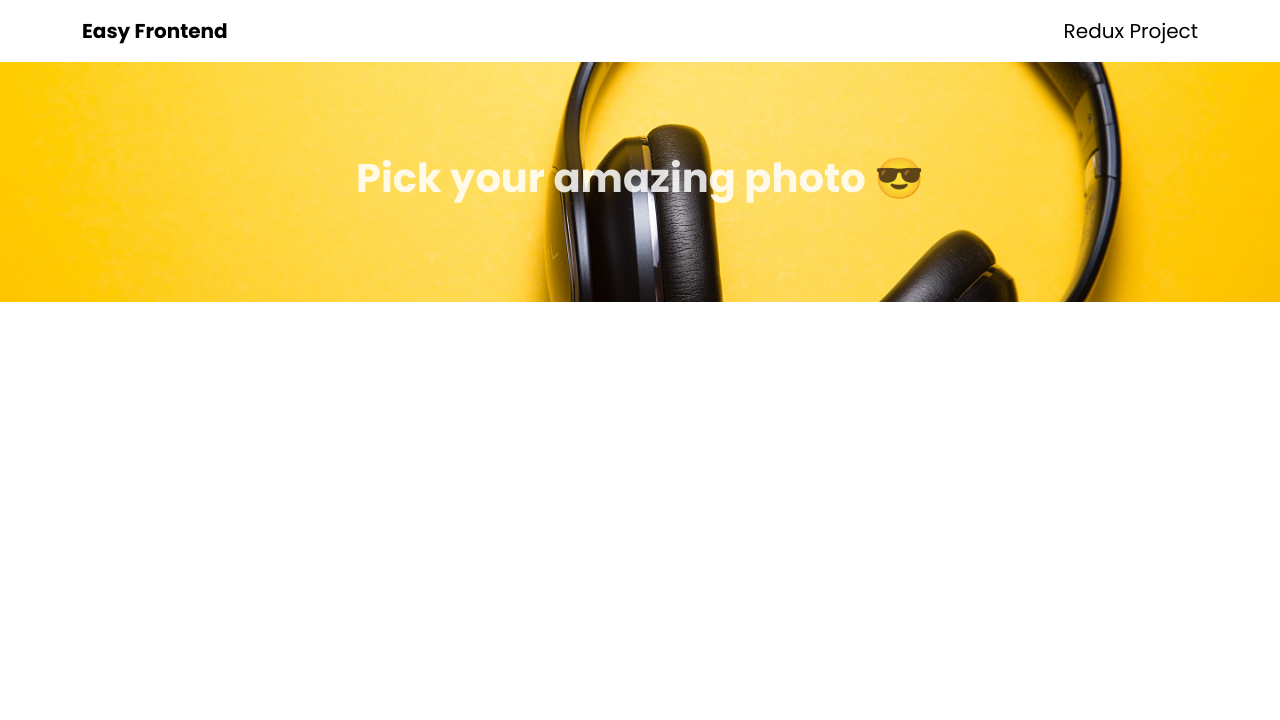
Repository: duckhai80/Redux-photo-app
Page: /photos/add
These files come from the project's save history. The page is drawn as it stood at one moment and after the next save; the edit follows.
The browser window is 1280 px wide. The pictures show the whole page.
The project was rebuilt for these pictures with package versions that can differ from the ones it lists, and the page was loaded fresh each time. Also part of the build but not shown: src/App.css, src/components/NotFound/index.jsx.

Above is the page before, as saved 2021-10-29 13:34:19.

### public/index.html
<!DOCTYPE html>
<html lang="en">
  <head>
    <meta charset="utf-8" />
    <link rel="icon" href="%PUBLIC_URL%/favicon.ico" />
    <meta name="viewport" content="width=device-width, initial-scale=1" />
    <meta name="theme-color" content="#000000" />
    <meta
      name="description"
      content="Web site created using create-react-app"
    />
    <link rel="apple-touch-icon" href="%PUBLIC_URL%/logo192.png" />

    <link rel="manifest" href="%PUBLIC_URL%/manifest.json" />

    <title>React App</title>
    <link
      href="https://fonts.googleapis.com/css2?family=Poppins:ital,wght@0,400;0,700;1,400;1,700&display=swap"
      rel="stylesheet"
    />
  </head>
  <body>
    <noscript>You need to enable JavaScript to run this app.</noscript>
    <div id="root"></div>
  </body>
</html>

### src/index.js
import "bootstrap/dist/css/bootstrap.css";
import React from "react";
import ReactDOM from "react-dom";
import App from "./App";
import "./index.css";
import reportWebVitals from "./reportWebVitals";

ReactDOM.render(
  <React.StrictMode>
    <App />
  </React.StrictMode>,
  document.getElementById("root")
);

reportWebVitals();

### src/App.js
import logo from "./logo.svg";
import "./App.css";

import React, { Suspense } from "react";
import { BrowserRouter, Route, Switch, Redirect, Link } from "react-router-dom";
import Header from "./components/Header";
import NotFound from "./components/NotFound";

const Photo = React.lazy(() => import("./features/Photo/pages/Main"));
const AddEdit = React.lazy(() => import("./features/Photo/pages/AddEdit"));

function App() {
  return (
    <div className="photo-app">
      <Suspense fallback={<div>Loading ...</div>}>
        <BrowserRouter>
          <Header></Header>

          <Switch>
            <Redirect exact from="/" to="/photos" />

            <Route exact path="/photos" component={Photo} />
            <Route exact path="/photos/add" component={AddEdit} />
            <Route component={NotFound} />
          </Switch>

          {/* <ul>
            <li>
              <Link to="/photos">Go to photo page</Link>
            </li>
            <li>
              <Link to="/photos/add">Go to Add new photo page</Link>
            </li>
            <li>
              <Link to="/photos/123">Go to Edit photo page</Link>
            </li>
          </ul>
          <Header />
          <Switch>
            <Redirect exact from="/" to="/photos" />
          </Switch> */}
        </BrowserRouter>
      </Suspense>
    </div>
  );
}

export default App;

### src/index.css
body {
  margin: 0;
  font-family: "Poppins", -apple-system, BlinkMacSystemFont, "Segoe UI",
    "Roboto", "Oxygen", "Ubuntu", "Cantarell", "Fira Sans", "Droid Sans",
    "Helvetica Neue", sans-serif;
  -webkit-font-smoothing: antialiased;
  -moz-osx-font-smoothing: grayscale;
}

code {
  font-family: source-code-pro, Menlo, Monaco, Consolas, "Courier New",
    monospace;
}

### src/components/Header/index.jsx
import React from "react";
import { NavLink } from "react-router-dom";
import { Col, Container, Row } from "reactstrap";
import "./Header.scss";

Header.propTypes = {};

function Header() {
  return (
    <div>
      <header className="header">
        <Container>
          <Row className="justify-content-between">
            <Col xs="auto">
              <a
                className="header__link header__title"
                href="https://youtube.com/easyfrontend"
                target="_blank"
                rel="noopener noreferrer"
              >
                Easy Frontend
              </a>
            </Col>

            <Col xs="auto">
              <NavLink
                exact
                className="header__link"
                to="/photos"
                activeClassName="header__link--active"
              >
                Redux Project
              </NavLink>
            </Col>
          </Row>
        </Container>
      </header>
    </div>
  );
}

export default Header;

### src/features/Photo/pages/AddEdit/index.jsx
import Banner from "components/Banner";
import NotFound from "components/NotFound";
import PhotoForm from "features/Photo/components/PhotoForm";
import React from "react";
import { Redirect, Route, Switch } from "react-router";
import "./styles.scss";

AddEditPage.propTypes = {};

function AddEditPage(props) {
  return (
    <div className="photo-edit">
      <Banner title="Pick your amazing photo 😎" />

      <div className="photo-edit__form">
        <PhotoForm
          onSubmit={(values) => console.log("Form submit: ", values)}
        />
      </div>
    </div>
  );
}

export default AddEditPage;

### src/components/Header/Header.scss
.header {
  padding: 1rem 0;
  font-size: 1.25rem;

  &__title {
    font-weight: bold;
  }

  &__link {
    color: #000;
    text-decoration: none;
    transition: all 0.25s ease-in-out 0s;

    &--active,
    &:hover {
      text-decoration: none;
      // color: var(--primary);
      color: rgb(56, 144, 216);
    }
  }
}

### src/components/Banner/index.jsx
import PropTypes from "prop-types";
import React from "react";
import "./Banner.scss";

Banner.propTypes = {
  title: PropTypes.string,
  backgroundUrl: PropTypes.string,
};

Banner.defaultProps = {
  title: "",
  backgroundUrl: "",
};

function Banner(props) {
  const { title, backgroundUrl } = props;

  const bannerStyle = backgroundUrl
    ? { backgroundImage: `url(${backgroundUrl})` }
    : {};

  return (
    <section className="banner" style={bannerStyle}>
      <h1 className="banner__title">{title}</h1>
    </section>
  );
}

export default Banner;

### src/constants/images.js
import blueBackground from "../assets/images/blue-bg.jpg";
import colorfulBackground from "../assets/images/colorful-bg.jpg";
import orangeBackground from "../assets/images/orange-bg.jpg";
import pinkBackground from "../assets/images/pink-bg.jpg";

const Images = {
  ORANGE_BG: orangeBackground,
  BLUE_BG: blueBackground,
  COLORFUL_BG: colorfulBackground,
  PINK_BG: pinkBackground,
};

export default Images;

### src/features/Photo/components/PhotoForm/index.jsx
import { PHOTO_CATEGORY_OPTIONS } from "constants/global";
import Images from "constants/images";
import { Formik } from "formik";
import PropTypes from "prop-types";
import React from "react";
import Select from "react-select";
import { Button, Form, FormGroup, Input, Label } from "reactstrap";

PhotoForm.propTypes = {
  onSubmit: PropTypes.func,
};

PhotoForm.defaultProps = {
  onSubmit: null,
};

function PhotoForm(props) {
  return <Formik>{(formikProps) => {}}</Formik>;
}

export default PhotoForm;

{
  /* <Form>
  <FormGroup>
    <Label for="titleId">Title</Label>
    <Input name="title" id="titleId" placeholder="Eg: Wow nature ..." />
  </FormGroup>

  <FormGroup>
    <Label for="categoryId">Category</Label>
    <Select
      id="categoryId"
      name="categoryId"
      placeholder="What's your photo category?"
      options={PHOTO_CATEGORY_OPTIONS}
    />
  </FormGroup>

  <FormGroup>
    <Label for="categoryId">Photo</Label>

    <div>
      <Button type="button" outline color="primary">
        Random a photo
      </Button>
    </div>
    <div>
      <img
        width="200px"
        height="200px"
        src={Images.COLORFUL_BG}
        alt="colorful background"
      />
    </div>
  </FormGroup>

  <FormGroup>
    <Button color="primary">Add to album</Button>
  </FormGroup>
</Form>; */
}

### src/features/Photo/pages/AddEdit/styles.scss
.photo-edit {
  &__form {
    margin: 2rem auto 1rem auto;
    max-width: 25rem;
  }
}

### src/components/Banner/Banner.scss
.banner {
  display: flex;
  flex-flow: row wrap;
  justify-content: center;
  align-items: center;
  height: 15rem;

  background-image: url(../../assets/images/orange-bg.jpg);
  background-position: center;
  background-size: cover;

  &__title {
    color: rgba(255, 255, 255, 0.85);
    font-weight: bold;
  }
}

### src/constants/global.js
export const PHOTO_CATEGORY_OPTIONS = [
  { value: 1, label: "Technology" },
  { value: 2, label: "Education" },
  { value: 3, label: "Nature" },
  { value: 4, label: "Animals" },
  { value: 5, label: "Styles" },
];

Loaded but not shown: src/reportWebVitals.js (common file)

After the next save:
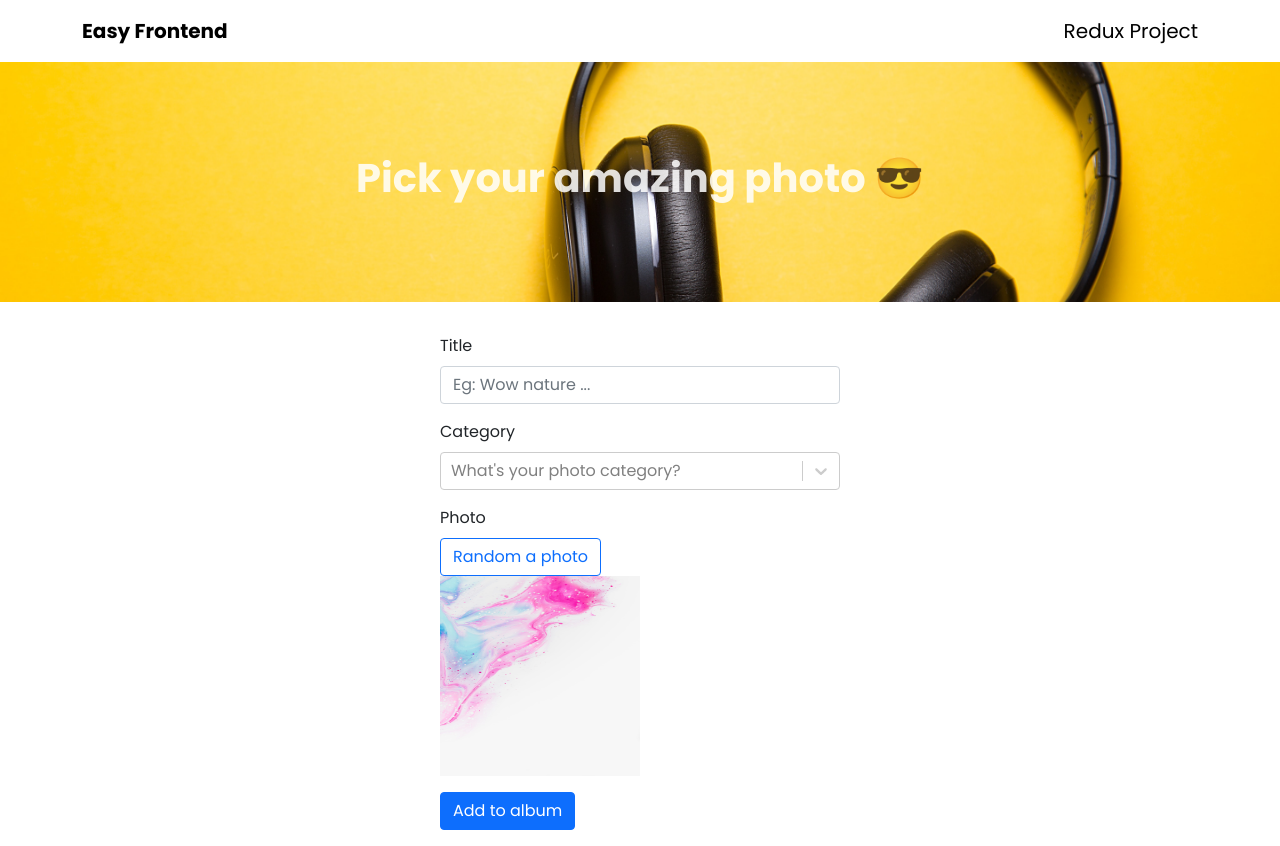
Saved 22 min 22 s later.
--- a/src/features/Photo/components/PhotoForm/index.jsx
+++ b/src/features/Photo/components/PhotoForm/index.jsx
@@ -15,7 +15,48 @@ PhotoForm.defaultProps = {
 };
 
 function PhotoForm(props) {
-  return <Formik>{(formikProps) => {}}</Formik>;
+  return <Formik>{(formikProps) => {
+    return (
+      <Form>
+        <FormGroup>
+          <Label for="titleId">Title</Label>
+          <Input name="title" id="titleId" placeholder="Eg: Wow nature ..." />
+        </FormGroup>
+
+        <FormGroup>
+          <Label for="categoryId">Category</Label>
+          <Select
+            id="categoryId"
+            name="categoryId"
+            placeholder="What's your photo category?"
+            options={PHOTO_CATEGORY_OPTIONS}
+          />
+        </FormGroup>
+
+        <FormGroup>
+          <Label for="categoryId">Photo</Label>
+
+          <div>
+            <Button type="button" outline color="primary">
+              Random a photo
+            </Button>
+          </div>
+          <div>
+            <img
+              width="200px"
+              height="200px"
+              src={Images.COLORFUL_BG}
+              alt="colorful background"
+            />
+          </div>
+        </FormGroup>
+
+        <FormGroup>
+          <Button color="primary">Add to album</Button>
+        </FormGroup>
+      </Form>
+    );
+  }}</Formik>;
 }
 
 export default PhotoForm;
